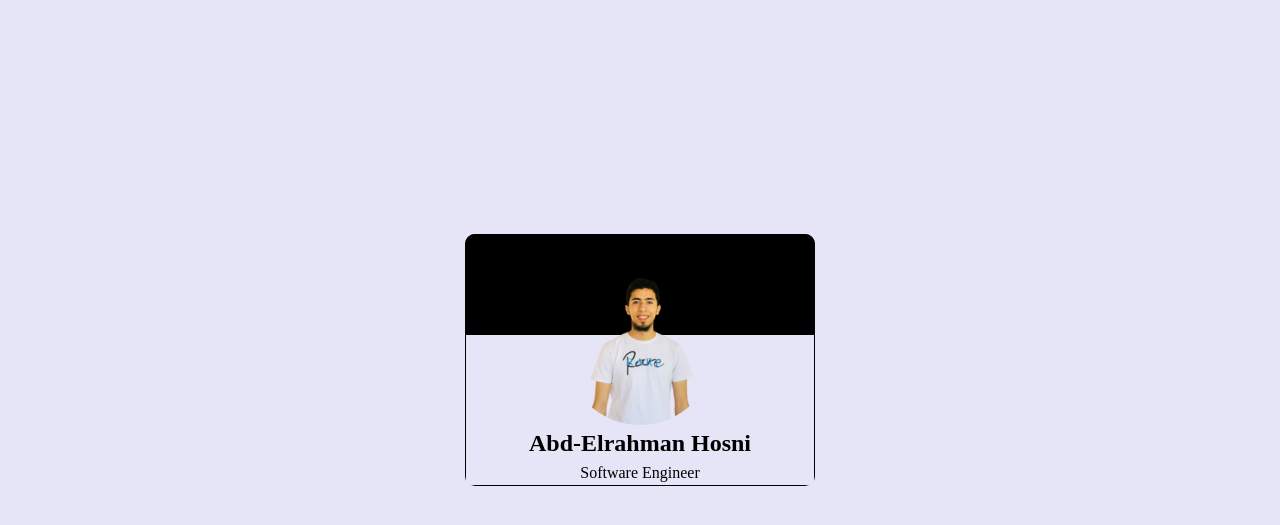
Repository: Abdo-Hosni123/Html-and-css-projects
Page: index.html
An editor plug-in stored every save of this project. The page is shown before and after the next save, followed by the edit.
The browser window is 1280 px wide. The pictures show the whole page.

Above is the page before, as saved 2023-12-05 22:19:14.

After the next save:
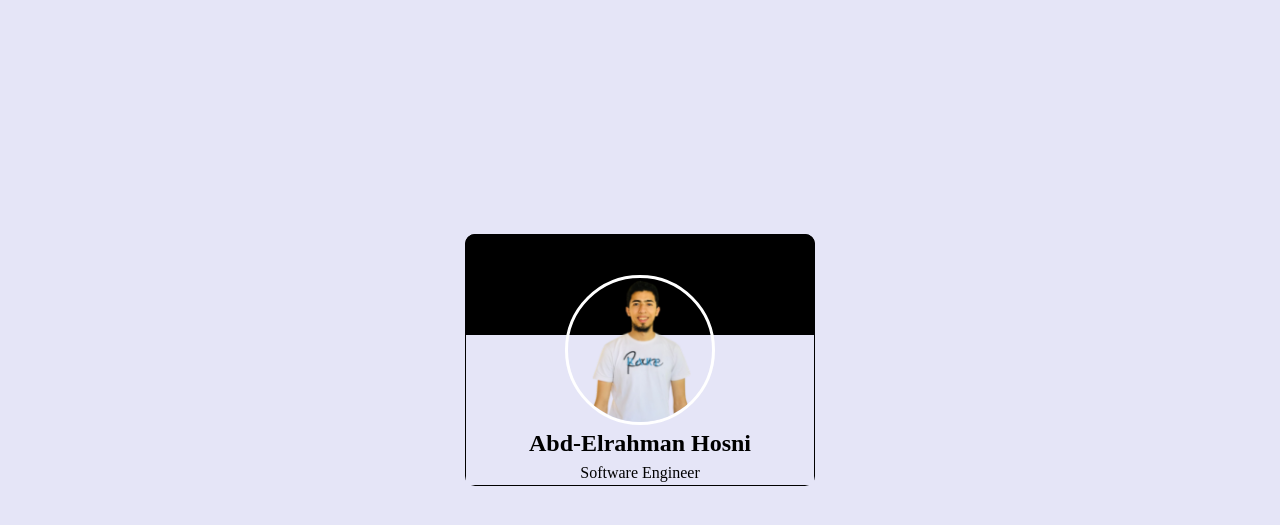
Saved 19 s later.
--- a/Style.css
+++ b/Style.css
@@ -59,6 +59,7 @@ isolation: isolate;
 .card-img{
     margin-top: -60px;
     border-radius: 50%;
+    border: 3px solid white;
     height: 150px;
     z-index: 2;
 
